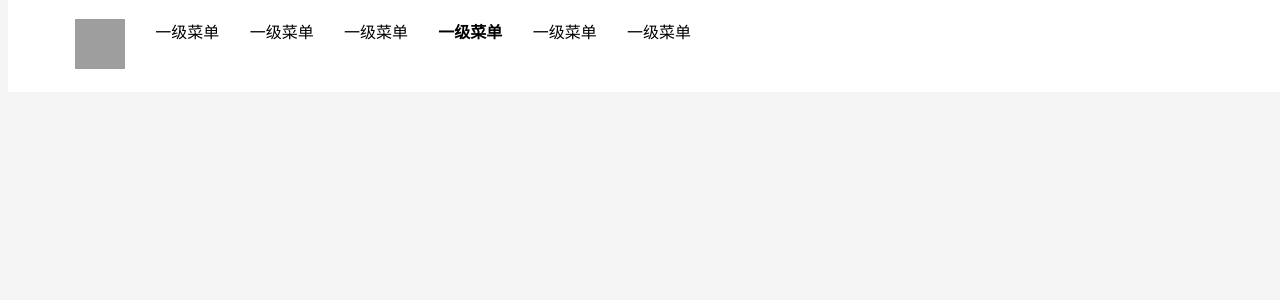
Repository: LJW3112/StudyHTML
Page: 个人作品展示网页/CODE/index.html
These files come from the project's save history. The page is drawn as it stood at one moment and after a run of saves; the edit follows.
The browser window is 1280 px wide. The pictures show the whole page.
Pictures or frames that could not be fetched are drawn as grey boxes.

Above is the page before, as saved 2023-02-12 17:09:12.

### 个人作品展示网页/CODE/index.html
<!DOCTYPE html>
<html lang="en">

<head>
    <meta charset="UTF-8">
    <meta http-equiv="X-UA-Compatible" content="IE=edge">
    <meta name="viewport" content="width=device-width, initial-scale=1.0">
    <link rel="stylesheet" href="">

    <head>
        <style type="text/css">
            .top {
                /* 设置宽度高度背景颜色 */
                height: auto;
                /*高度改为自动高度*/
                width: 100%;
                margin-left: 0;
                background: rgb(255, 255, 255);
                position: fixed;
                /*固定在顶部*/
                top: 0;
                /*离顶部的距离为0*/
                margin-bottom: 5px;
            }

            .top ul {
                /* 清除ul标签的默认样式 */
                width: auto;
                /*宽度也改为自动*/
                list-style-type: none;
                white-space: nowrap;
                overflow: hidden;
                margin-left: 5%;
                /* margin-top: 0;          */
                padding: 0;

            }

            .top li {
                float: left;
                /* 使li内容横向浮动，即横向排列  */
                margin-right: 2%;
                /* 两个li之间的距离*/
                position: relative;
                overflow: hidden;
            }

            .top li a {
                /* 设置链接内容显示的格式*/
                display: block;
                /* 把链接显示为块元素可使整个链接区域可点击 */
                color: rgb(0, 0, 0);
                text-align: center;
                padding: 3px;
                overflow: hidden;
                text-decoration: none;
                /* 去除下划线 */

            }

            .top li a:hover {
                /* 鼠标选中时背景变为黑色 */
                background-color: rgb(240, 240, 240);
            }

            .top ul li ul {
                /* 设置二级菜单 */
                margin-left: -0.2px;
                background: rgb(189, 181, 181);
                position: relative;
                display: none;
                /* 默认隐藏二级菜单的内容 */

            }

            .top ul li ul li {
                /* 二级菜单li内容的显示 */

                float: none;
                text-align: center;
            }

            .top ul li:hover ul {
                /* 鼠标选中二级菜单内容时 */
                display: block;
            }

            body {
                background: whitesmoke !important;
            }
            img {
                width:50px;
                height:50px;
            }
        </style>
        <title>星汉 三维产品动画</title>
    </head>

<body>
    <body>
        <div class="top">
            <center>
                <ul>
                    <li><a href="#"><img src="../images-video/星汉logo.png" alt="logo"></a></li>
                    <li><a href="#">一级菜单</a></li>
                    <li><a href="#">一级菜单</a></li>
                    <li><a href="#">一级菜单</a></li>
                    <li><a href="#"><b>一级菜单</b></a></li>
                    <li><a href="#">一级菜单</a></li>
                    <li>
                        <a href="#">一级菜单</a>
                        <ul>
                            <li><a href="#">二级菜单</a></li>
                            <li><a href="#">二级菜单</a></li>
                            <li><a href="#">二级菜单</a></li>
                            <li><a href="#">二级菜单</a></li>
                            <li><a href="#">二级菜单</a></li>
                        </ul>
                    </li>
                </ul>
            </center>
        </div>
    </body>
    </head>

</html>

</body>

</html>

After the next 6 saves:
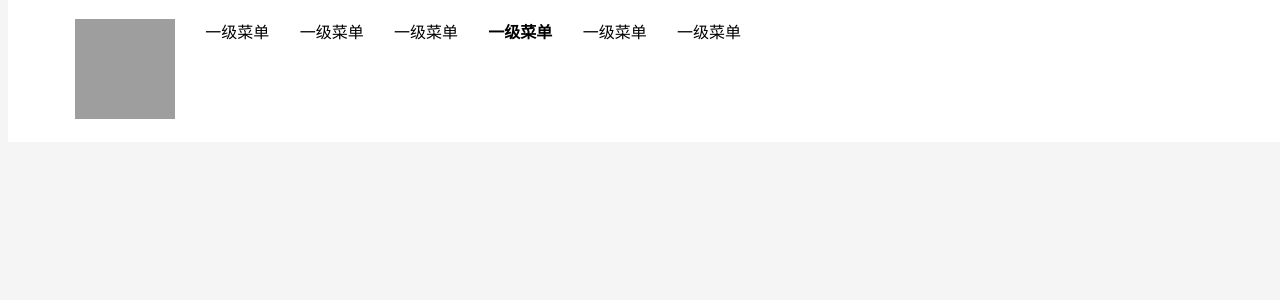
The 6 saves are shown as one change because they came seconds apart.
The last was saved 19 s later.
--- a/个人作品展示网页/CODE/index.html
+++ b/个人作品展示网页/CODE/index.html
@@ -89,8 +89,8 @@
                 background: whitesmoke !important;
             }
             img {
-                width:50px;
-                height:50px;
+                width:100px;
+                height:100px;
             }
         </style>
         <title>星汉 三维产品动画</title>
